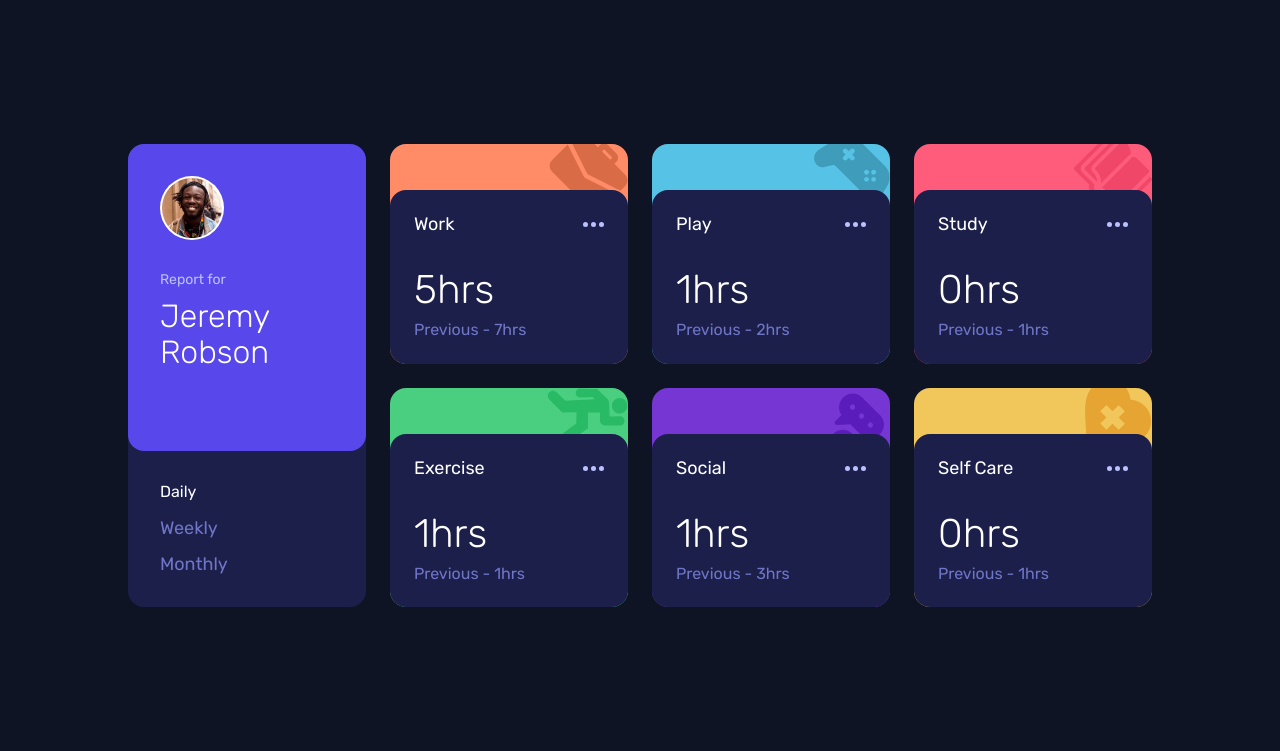
Repository: Jay-JYKim91/FM_time-tracking-dashboard
Page: index.html
The author's editor kept a copy of each file at every save. The page is drawn from the files as they stood at one save, then again after the next save.
The browser window is 1280 px wide. The pictures show the whole page.

Above is the page before, as saved 2021-12-16 12:50:06.

### index.html
<!DOCTYPE html>
<html lang="en">
<head>
  <meta charset="UTF-8">
  <meta name="viewport" content="width=device-width, initial-scale=1.0"> <!-- displays site properly based on user's device -->

  <link rel="icon" type="image/png" sizes="32x32" href="./images/favicon-32x32.png">

  <title>Time tracking dashboard</title>
  <link rel="stylesheet" href="https://cdnjs.cloudflare.com/ajax/libs/normalize/8.0.1/normalize.min.css" integrity="sha512-NhSC1YmyruXifcj/KFRWoC561YpHpc5Jtzgvbuzx5VozKpWvQ+4nXhPdFgmx8xqexRcpAglTj9sIBWINXa8x5w==" crossorigin="anonymous" referrerpolicy="no-referrer" />
  <link rel="preconnect" href="https://fonts.googleapis.com">
  <link rel="preconnect" href="https://fonts.gstatic.com" crossorigin>
  <link href="https://fonts.googleapis.com/css2?family=Rubik:wght@300;400;500&display=swap" rel="stylesheet">
  <link rel="stylesheet" href="style.css">
  <script src="main.js" defer></script>
</head>
<body>
  <section class="container">
    <article class="card profile-card">
        <div class="profile-card--name">
          <div class="profile-img-box">
            <img src="./images/image-jeremy.png" alt="jeremy" class="profile-img">
          </div>
          <p>Report for</p>
          <p class="name">Jeremy Robson</p>
        </div>
        <ul>
          <li onclick="display()">Daily</li>
          <li><a href="">Weekly</a></li>
          <li><a href="">Monthly</a></li>
        </ul>
    </article>
    <article class="card feature-card work-bg">
      <div class="card feature-card--text">
        <div class="title-wrapper">
          <p class="title">Work</p>
          <img src="./images/icon-ellipsis.svg" alt="ellipsis">
        </div>
        <p class="time">5hrs</p>
        <p class="previous-time">Previous - 7hrs</p>
      </div>
    </article>
    <article class="card feature-card play-bg">
      <div class="card feature-card--text">
        <div class="title-wrapper">
          <p class="title">Play</p>
          <img src="./images/icon-ellipsis.svg" alt="ellipsis">
        </div>
        <p class="time">1hrs</p>
        <p class="previous-time">Previous - 2hrs</p>
      </div>
    </article>
    <article class="card feature-card study-bg">
      <div class="card feature-card--text">
        <div class="title-wrapper">
          <p class="title">Study</p>
          <img src="./images/icon-ellipsis.svg" alt="ellipsis">
        </div>
        <p class="time">0hrs</p>
        <p class="previous-time">Previous - 1hrs</p>
      </div>
    </article>
    <article class="card feature-card exercise-bg">
      <div class="card feature-card--text">
        <div class="title-wrapper">
          <p class="title">Exercise</p>
          <img src="./images/icon-ellipsis.svg" alt="ellipsis">
        </div>
        <p class="time">1hrs</p>
        <p class="previous-time">Previous - 1hrs</p>
      </div>
    </article>
    <article class="card feature-card social-bg">
      <div class="card feature-card--text">
        <div class="title-wrapper">
          <p class="title">Social</p>
          <img src="./images/icon-ellipsis.svg" alt="ellipsis">
        </div>
        <p class="time">1hrs</p>
        <p class="previous-time">Previous - 3hrs</p>
      </div>
    </article>
    <article class="card feature-card self-care-bg">
      <div class="card feature-card--text">
        <div class="title-wrapper">
          <p class="title">Self Care</p>
          <img src="./images/icon-ellipsis.svg" alt="ellipsis">
        </div>
        <p class="time">0hrs</p>
        <p class="previous-time">Previous - 1hrs</p>
      </div>
    </article>
  </section>








  <!-- <div class="attribution">
    Challenge by <a href="https://www.frontendmentor.io?ref=challenge" target="_blank">Frontend Mentor</a>.
    Coded by <a href="#">Your Name Here</a>.
  </div> -->
</body>
</html>

### style.css
:root {
  --body-font: "Rubik", sans-serif;

  --blue: hsl(246, 80%, 60%);
  --light-red-work: hsl(15, 100%, 70%);
  --soft-blue-play: hsl(195, 74%, 62%);
  --light-red-study: hsl(348, 100%, 68%);
  --lime-green-exercise: hsl(145, 58%, 55%);
  --violet-social: hsl(264, 64%, 52%);
  --soft-orange-self-care: hsl(43, 84%, 65%);
  --very-dark-blue: hsl(226, 43%, 10%);
  --dark-blue: hsl(235, 46%, 20%);
  --desaturated-blue: hsl(235, 45%, 61%);
  --pale-blue: hsl(236, 100%, 87%);
}
body {
  background-color: var(--very-dark-blue);
  color: white;
  font-family: var(--body-font);
}
a {
  text-decoration: none;
  color: white;
}
p {
  margin: 0;
}
.container {
  width: 80vw;
  margin: 20vh auto;
  display: grid;
  grid-template-columns: repeat(4, 1fr);
  gap: 1.5em;
}
.card {
  border-radius: 1em;
  background-color: var(--dark-blue);
}
.profile-card {
  grid-row: 1 / 3;
}
.profile-card ul {
  list-style: none;
  padding-left: 2em;
  margin: 2em 0;
}
.profile-card--name {
  background-color: var(--blue);
  padding: 2em;
  border-radius: 1em;
}
.profile-card--name p {
  color: var(--pale-blue);
  margin: 0;
  font-size: 14px;
}
.profile-card--name .name {
  color: white;
  font-size: 2rem;
  font-weight: 300;
  margin: 0.3em 0 1.5em 0;
}
.profile-img-box {
  width: 64px;
  height: 64px;
  border-radius: 50%;
  background-color: white;
  margin-bottom: 2em;
}
.profile-img {
  width: 60px;
  margin: 2px;
}
.profile-card li {
  margin-bottom: 1em;
}
.profile-card li a {
  font-size: 18px;
  color: var(--desaturated-blue);
}
.feature-card {
  position: relative;
  background-repeat: no-repeat;
  background-position: top right;
  background-position-y: -10px;
}
.feature-card--text {
  position: absolute;
  bottom: 0;
  width: -webkit-fill-available;
  padding: 1.5em;
}
.title-wrapper {
  display: flex;
  justify-content: space-between;
  align-items: center;
}
.title-wrapper .title {
  font-size: 1.125rem;
  font-weight: 400;
  margin: 0;
}
.title-wrapper img {
  /* height: fit-content; */
}
.time {
  font-size: 2.5rem;
  margin: 0.8em 0 0.2em 0;
  font-weight: 300;
}
.previous-time {
  color: var(--desaturated-blue);
}

.work-bg {
  background-image: url("./images/icon-work.svg");
  background-color: var(--light-red-work);
}
.play-bg {
  background-image: url("./images/icon-play.svg");
  background-color: var(--soft-blue-play);
}
.exercise-bg {
  background-image: url("./images/icon-exercise.svg");
  background-color: var(--lime-green-exercise);
  background-position-y: 0;
}
.self-care-bg {
  background-image: url("./images/icon-self-care.svg");
  background-color: var(--soft-orange-self-care);
}
.social-bg {
  background-image: url("./images/icon-social.svg");
  background-color: var(--violet-social);
  background-position-y: 0;
}
.study-bg {
  background-image: url("./images/icon-study.svg");
  background-color: var(--light-red-study);
}
@media (min-width: 768px) and (max-width: 1023px) {
}

@media (max-width: 767px) {
}

### main.js
// function display(el) {
//     console.log(el.target);
// }

After the next save:
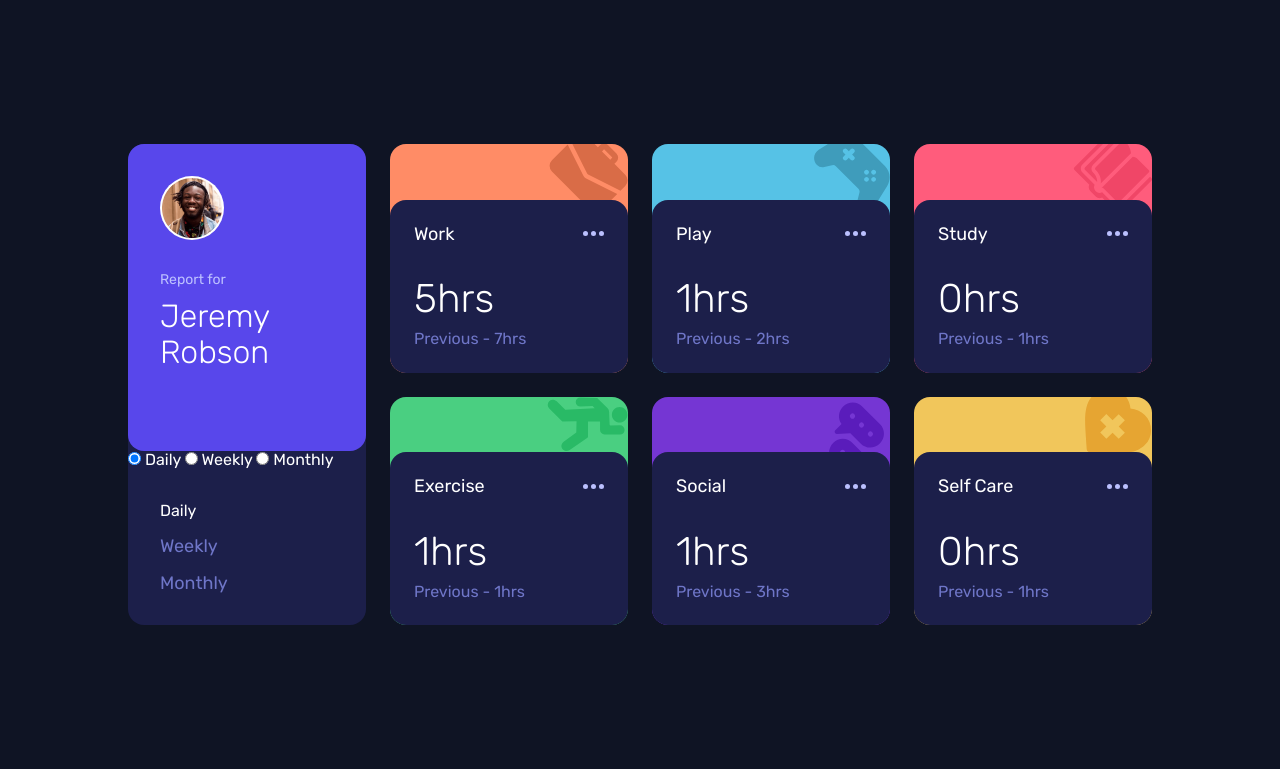
Saved 4 min 38 s later.
--- a/index.html
+++ b/index.html
@@ -24,8 +24,16 @@
           <p>Report for</p>
           <p class="name">Jeremy Robson</p>
         </div>
+        <div class="option">
+          <input type="radio" name="duration" value="daily" id="daily"  data-time="date" checked>
+          <label for="daily" class="change-duration" id="daily-label">Daily</label>
+          <input type="radio" name="duration" value="weekly" id="weekly" data-time="week">
+          <label for="weekly" class="change-duration" id="weekly-label">Weekly</label>
+          <input type="radio" name="duration" value="monthly" id="monthly" data-time="month">
+          <label for="monthly" class="change-duration" id="monthly-label">Monthly</label>
+        </div>
         <ul>
-          <li onclick="display()">Daily</li>
+          <li>Daily</li>
           <li><a href="">Weekly</a></li>
           <li><a href="">Monthly</a></li>
         </ul>
